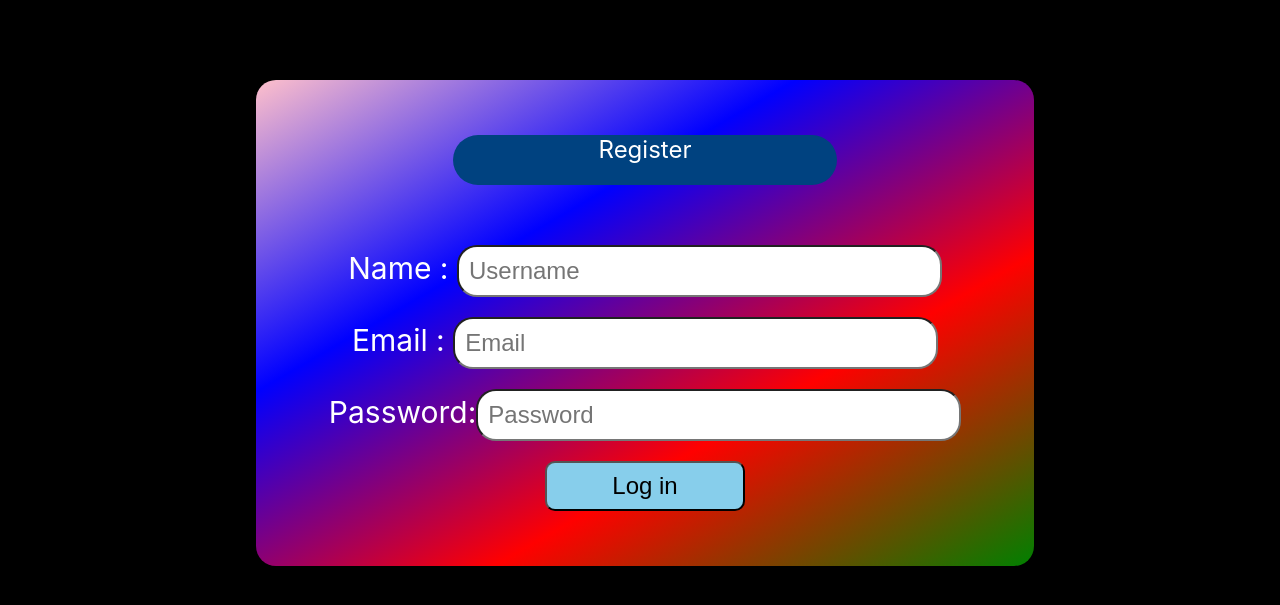
Repository: abhaysharma20233009/swiftKey
Page: /login (app in frontend/my-app/)
An editor plug-in stored every save of this project. The page is shown before and after the next save, followed by the edit.
The browser window is 1280 px wide. The pictures show the whole page.
The project was rebuilt for these pictures with package versions that can differ from the ones it lists, and the page was loaded fresh each time. Also part of the build but not shown: frontend/my-app/src/Swifts.js, frontend/my-app/src/Results.js.

Above is the page before, as saved 2024-10-10 20:33:59.

After the next save:
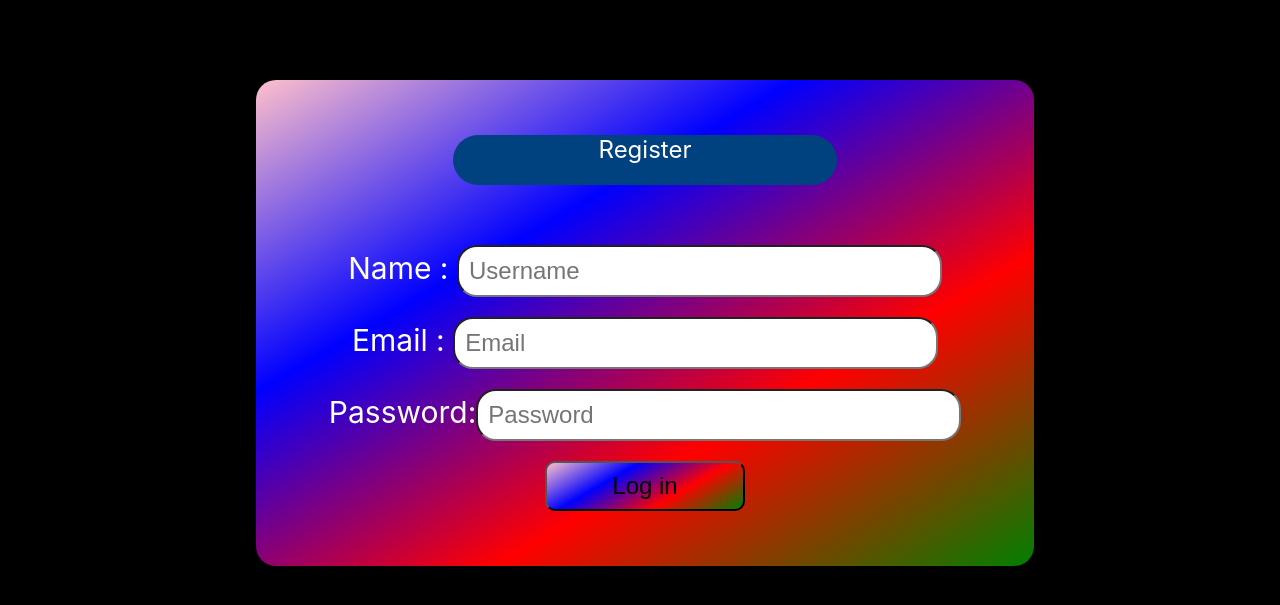
Saved 48 s later.
--- a/frontend/my-app/src/App.css
+++ b/frontend/my-app/src/App.css
@@ -11,7 +11,7 @@ body{
   color:black;
   margin-left: 10px;
   margin-right: 10px;
-  background-color: skyblue;
+  background:linear-gradient(150deg,pink,blue,red,green);
   border-radius: 10px;
   height:50px;
   width:200px;
